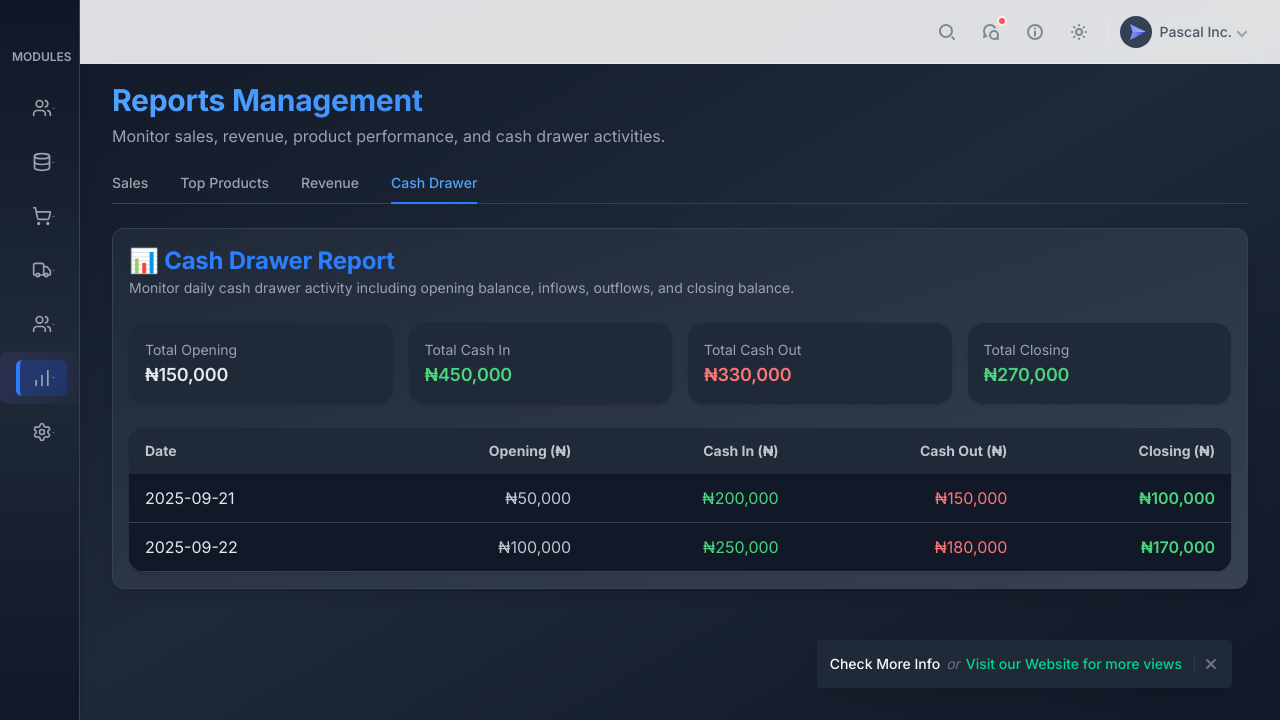
Repository: chykesure/grox-supermarket
Page: /reports/cash-drawer
The author's editor kept a copy of each file at every save. The page is drawn from the files as they stood at one save, then again after the next save.
The browser window is 1280 px wide. The pictures show the whole page.
The project was rebuilt for these pictures with package versions that can differ from the ones it lists, and the page was loaded fresh each time. Also part of the build but not shown: vite.config.js, src/components/DropdownFilter.jsx, src/lib/utils.ts, src/components/ui/calendar.jsx, src/components/ui/popover.jsx, src/components/Datepicker.jsx, src/charts/LineChart01.jsx, src/components/DropdownEditMenu.jsx and 50 more.

Above is the page before, as saved 2025-09-24 11:58:55.

### index.html
<!DOCTYPE html>
<html lang="en">
  <head>
    <meta charset="UTF-8" />
    <link rel="icon" type="image/svg+xml" href="/src/favicon.svg" />
    <meta name="viewport" content="width=device-width, initial-scale=1.0" />
    <title>Vite App</title>
    <script>
      if (localStorage.theme === 'dark' || !('theme' in localStorage)) {
        document.querySelector('html').classList.add('dark');
        document.querySelector('html').style.colorScheme = 'dark';
      } else {
        document.querySelector('html').classList.remove('dark');
        document.querySelector('html').style.colorScheme = 'light';
      }
    </script>
  </head>
  <body class="font-inter antialiased bg-gray-100 dark:bg-gray-900 text-gray-600 dark:text-gray-400">
    <noscript>You need to enable JavaScript to run this app.</noscript>
    <script>
        if (localStorage.getItem('sidebar-expanded') == 'true') {
            document.querySelector('body').classList.add('sidebar-expanded');
        } else {
            document.querySelector('body').classList.remove('sidebar-expanded');
        }
    </script>
    <div id="root"></div>
    <script type="module" src="/src/main.jsx"></script>
  </body>
</html>

### src/utils/ThemeContext.jsx
import { createContext, useContext, useState, useEffect } from 'react';

const ThemeContext = createContext({
  currentTheme: 'light',
  changeCurrentTheme: () => {},
});

export default function ThemeProvider({children}) {
  const persistedTheme = localStorage.getItem('theme');
  const [theme, setTheme] = useState(persistedTheme || 'light');

  const changeCurrentTheme = (newTheme) => {
    setTheme(newTheme);
    localStorage.setItem('theme', newTheme);
  };

  useEffect(() => {
    document.documentElement.classList.add('**:transition-none!');
    if (theme === 'light') {
      document.documentElement.classList.remove('dark');
      document.documentElement.style.colorScheme = 'light';
    } else {
      document.documentElement.classList.add('dark');
      document.documentElement.style.colorScheme = 'dark';
    }

    const transitionTimeout = setTimeout(() => {
      document.documentElement.classList.remove('**:transition-none!');
    }, 1);

    return () => clearTimeout(transitionTimeout);
  }, [theme]);

  return <ThemeContext.Provider value={{ currentTheme: theme, changeCurrentTheme }}>{children}</ThemeContext.Provider>;
}

export const useThemeProvider = () => useContext(ThemeContext);

### src/App.jsx
import React, { useEffect } from "react";
import { Routes, Route, useLocation, Navigate } from "react-router-dom";

import "./css/style.css";
import "./charts/ChartjsConfig";

// Import pages
import Dashboard from "./pages/pos/Dashboard";
import Menu from "./pages/Menu";
import LoginPage from "./pages/pos/Login";

// Users Management
import UsersMgt from "./pages/pos/users/UsersMgt";

// Products Management
import ProductsMgt from "./pages/pos/products/ProductsMgt";

// Sales Management
import SalesMgt from "./pages/pos/sales/SalesMgt";

// Inventory Management
import InventoryMgt from "./pages/pos/inventory/InventoryMgt";

// Customers Management
import CustomersMgt from "./pages/pos/customers/CustomersMgt";

// Reports Management
import ReportMgt from "./pages/pos/reports/ReportMgt";

function App() {
  const location = useLocation();

  useEffect(() => {
    document.querySelector("html").style.scrollBehavior = "auto";
    window.scroll({ top: 0 });
    document.querySelector("html").style.scrollBehavior = "";
  }, [location.pathname]);

  return (
    <Routes>
      {/* Default route */}
      <Route exact path="/" element={<Menu />} />

      {/* Dashboard */}
      <Route path="/dashboard" element={<Dashboard />} />

      {/* POS login */}
      <Route path="/pos-login" element={<LoginPage />} />

      {/* Users Management */}
      <Route path="/users/:subpage" element={<UsersMgt />} />
      <Route path="/users" element={<Navigate to="/users/roles" replace />} />

      {/* Products Management */}
      <Route path="/products/:subpage" element={<ProductsMgt />} />
      <Route path="/products" element={<Navigate to="/products/add" replace />} />

      {/* Sales Management */}
      <Route path="/sales/:subpage" element={<SalesMgt />} />
      <Route path="/sales" element={<Navigate to="/sales/scan-items" replace />} />

      {/* Inventory Management */}
      <Route path="/inventory/:subpage" element={<InventoryMgt />} />
      <Route path="/inventory" element={<Navigate to="/inventory/stock" replace />} />

      {/* Customers Management */}
      <Route path="/customers/:subpage" element={<CustomersMgt />} />
      <Route path="/customers" element={<Navigate to="/customers/add" replace />} />

      {/* Reports Management */}
      <Route path="/reports/:subpage" element={<ReportMgt />} />
      <Route path="/reports" element={<Navigate to="/reports/sales" replace />} />

      {/* Fallback for unknown routes */}
      <Route
        path="*"
        element={<h1 className="text-center text-white mt-20">404 - Page Not Found</h1>}
      />
    </Routes>
  );
}

export default App;

### src/charts/ChartjsConfig.jsx
// Import Chart.js
import { Chart, Tooltip } from 'chart.js';
// Import Tailwind config
import { adjustColorOpacity, getCssVariable } from '../utils/Utils';

Chart.register(Tooltip);

// Define Chart.js default settings
Chart.defaults.font.family = '"Inter", sans-serif';
Chart.defaults.font.weight = 500;
Chart.defaults.plugins.tooltip.borderWidth = 1;
Chart.defaults.plugins.tooltip.displayColors = false;
Chart.defaults.plugins.tooltip.mode = 'nearest';
Chart.defaults.plugins.tooltip.intersect = false;
Chart.defaults.plugins.tooltip.position = 'nearest';
Chart.defaults.plugins.tooltip.caretSize = 0;
Chart.defaults.plugins.tooltip.caretPadding = 20;
Chart.defaults.plugins.tooltip.cornerRadius = 8;
Chart.defaults.plugins.tooltip.padding = 8;

// Function that generates a gradient for line charts
export const chartAreaGradient = (ctx, chartArea, colorStops) => {
  if (!ctx || !chartArea || !colorStops || colorStops.length === 0) {
    return 'transparent';
  }
  const gradient = ctx.createLinearGradient(0, chartArea.bottom, 0, chartArea.top);
  colorStops.forEach(({ stop, color }) => {
    gradient.addColorStop(stop, color);
  });
  return gradient;
};

export const chartColors = {
  textColor: {
    light: getCssVariable('--color-gray-400'),
    dark: getCssVariable('--color-gray-500'),
  },
  gridColor: {
    light: getCssVariable('--color-gray-100'),
    dark: adjustColorOpacity(getCssVariable('--color-gray-700'), 0.6),
  },
  backdropColor: {
    light: getCssVariable('--color-white'),
    dark: getCssVariable('--color-gray-800'),
  },
  tooltipTitleColor: {
    light: getCssVariable('--color-gray-800'),
    dark: getCssVariable('--color-gray-100'),
  },
  tooltipBodyColor : {
    light: getCssVariable('--color-gray-500'),
    dark: getCssVariable('--color-gray-400')
  },
  tooltipBgColor: {
    light: getCssVariable('--color-white'),
    dark: getCssVariable('--color-gray-700'),
  },
  tooltipBorderColor: {
    light: getCssVariable('--color-gray-200'),
    dark: getCssVariable('--color-gray-600'),
  },
};

### src/css/additional-styles/utility-patterns.css
/* Typography */
.h1 {
    @apply text-4xl font-extrabold tracking-tighter;
}

.h2 {
    @apply text-3xl font-extrabold tracking-tighter;
}

.h3 {
    @apply text-3xl font-extrabold;
}

.h4 {
    @apply text-2xl font-extrabold tracking-tight;
}

@media (width >= theme(--breakpoint-md)) {
    .h1 {
        @apply text-5xl;
    }

    .h2 {
        @apply text-4xl;
    }
}

/* Buttons */
.btn,
.btn-lg,
.btn-sm,
.btn-xs {
    @apply font-medium text-sm inline-flex items-center justify-center border border-transparent rounded-lg leading-5 shadow-xs transition;
}

.btn {
    @apply px-3 py-2;
}

.btn-lg {
    @apply px-4 py-3;
}

.btn-sm {
    @apply px-2 py-1;
}

.btn-xs {
    @apply px-2 py-0.5;
}

/* Forms */
input[type="search"]::-webkit-search-decoration,
input[type="search"]::-webkit-search-cancel-button,
input[type="search"]::-webkit-search-results-button,
input[type="search"]::-webkit-search-results-decoration {
  -webkit-appearance: none;
}

.form-input,
.form-textarea,
.form-multiselect,
.form-select,
.form-checkbox,
.form-radio {
    @apply bg-white dark:bg-gray-900/30 border focus:ring-0 focus:ring-offset-0 dark:disabled:bg-gray-700/30 dark:disabled:border-gray-700 dark:disabled:hover:border-gray-700;
}

.form-checkbox {
    @apply rounded-sm;
}

.form-input,
.form-textarea,
.form-multiselect,
.form-select {
    @apply text-sm text-gray-800 dark:text-gray-100 leading-5 py-2 px-3 border-gray-200 hover:border-gray-300 focus:border-gray-300 dark:border-gray-700/60 dark:hover:border-gray-600 dark:focus:border-gray-600 shadow-xs rounded-lg;
}

.form-input,
.form-textarea {
    @apply placeholder-gray-400 dark:placeholder-gray-500;
}

.form-select {
    @apply pr-10;
}

.form-checkbox,
.form-radio {
    @apply text-violet-500 checked:bg-violet-500 checked:border-transparent border border-gray-300 dark:border-gray-700/60 dark:checked:border-transparent focus-visible:ring-2 focus-visible:ring-violet-500/50;
}

/* Switch element */
.form-switch {
    @apply relative select-none;
    width: 44px;
}

.form-switch label {
    @apply block overflow-hidden cursor-pointer h-6 rounded-full;
}

.form-switch label > span:first-child {
    @apply absolute block rounded-full;
    width: 20px;
    height: 20px;
    top: 2px;
    left: 2px;
    right: 50%;
    transition: all .15s ease-out;
}

.form-switch input[type="checkbox"] + label {
  @apply bg-gray-400 dark:bg-gray-700;
}

.form-switch input[type="checkbox"]:checked + label {
  @apply bg-violet-500;
}

.form-switch input[type="checkbox"]:checked + label > span:first-child {
    left: 22px;
}

.form-switch input[type="checkbox"]:disabled + label {
    @apply cursor-not-allowed bg-gray-100 dark:bg-gray-700/20 border border-gray-200 dark:border-gray-700/60;
}

.form-switch input[type="checkbox"]:disabled + label > span:first-child {
    @apply bg-gray-400 dark:bg-gray-600;
}

/* Chrome, Safari and Opera */
.no-scrollbar::-webkit-scrollbar {
  display: none;
}

.no-scrollbar {
  -ms-overflow-style: none;  /* IE and Edge */
  scrollbar-width: none;  /* Firefox */
}

### src/partials/Banner.jsx
import React, { useState } from 'react';

function Banner() {

  const [bannerOpen, setBannerOpen] = useState(true);
  const query = new URLSearchParams(location.search);
  const template = query.get('template');
  const liteLink =
    template === 'laravel'
      ? 'https://github.com/cruip/laravel-tailwindcss-admin-dashboard-template'
      : 'https://github.com/cruip/tailwind-dashboard-template';

  return (
    <>
    { bannerOpen && (
      <div className="fixed bottom-0 right-0 w-full md:bottom-8 md:right-12 md:w-auto z-50">
        <div className="bg-gray-800 border border-transparent dark:border-gray-700/60 text-gray-50 text-sm p-3 md:rounded-sm shadow-lg flex justify-between">
          <div className='text-gray-500 inline-flex'><a className="font-medium hover:underline text-gray-50" href={liteLink} target="_blank" rel="noreferrer">Check<span className="hidden sm:inline"> More Info</span></a> <span className="italic px-1.5">or</span> <a className="font-medium hover:underline text-emerald-400" href="#" target="_blank" rel="noreferrer">Visit our Website for more views</a></div>
          <button className="text-gray-500 hover:text-gray-400 pl-2 ml-3 border-l border-gray-700/60" onClick={() => setBannerOpen(false) }>
            <span className="sr-only">Close</span>
            <svg className="w-4 h-4 shrink-0 fill-current" viewBox="0 0 16 16">
              <path d="M12.72 3.293a1 1 0 00-1.415 0L8.012 6.586 4.72 3.293a1 1 0 00-1.414 1.414L6.598 8l-3.293 3.293a1 1 0 101.414 1.414l3.293-3.293 3.293 3.293a1 1 0 001.414-1.414L9.426 8l3.293-3.293a1 1 0 000-1.414z" />
            </svg>
          </button>
        </div>
      </div>
    )}
    </>
  );
}

export default Banner;

### src/pages/pos/reports/CashDrawerReport.jsx
// src/pages/reports/CashDrawerReport.jsx
import React from "react";

function CashDrawerReport() {
  const drawerData = [
    {
      id: 1,
      date: "2025-09-21",
      opening: 50000,
      cashIn: 200000,
      cashOut: 150000,
      closing: 100000,
    },
    {
      id: 2,
      date: "2025-09-22",
      opening: 100000,
      cashIn: 250000,
      cashOut: 180000,
      closing: 170000,
    },
  ];

  // ✅ Totals for summary
  const totals = drawerData.reduce(
    (acc, row) => {
      acc.opening += row.opening;
      acc.cashIn += row.cashIn;
      acc.cashOut += row.cashOut;
      acc.closing += row.closing;
      return acc;
    },
    { opening: 0, cashIn: 0, cashOut: 0, closing: 0 }
  );

  return (
    <div className="space-y-6">
      {/* Header */}
      <div>
        <h2 className="text-2xl font-bold text-blue-500">📊 Cash Drawer Report</h2>
        <p className="text-gray-400 text-sm">
          Monitor daily cash drawer activity including opening balance, inflows, outflows, and closing balance.
        </p>
      </div>

      {/* Summary Cards */}
      <div className="grid grid-cols-2 md:grid-cols-4 gap-4">
        <div className="bg-gray-800 p-4 rounded-2xl shadow">
          <p className="text-gray-400 text-sm">Total Opening</p>
          <p className="text-lg font-semibold text-gray-200">₦{totals.opening.toLocaleString()}</p>
        </div>
        <div className="bg-gray-800 p-4 rounded-2xl shadow">
          <p className="text-gray-400 text-sm">Total Cash In</p>
          <p className="text-lg font-semibold text-green-400">₦{totals.cashIn.toLocaleString()}</p>
        </div>
        <div className="bg-gray-800 p-4 rounded-2xl shadow">
          <p className="text-gray-400 text-sm">Total Cash Out</p>
          <p className="text-lg font-semibold text-red-400">₦{totals.cashOut.toLocaleString()}</p>
        </div>
        <div className="bg-gray-800 p-4 rounded-2xl shadow">
          <p className="text-gray-400 text-sm">Total Closing</p>
          <p
            className={`text-lg font-semibold ${
              totals.closing >= 0 ? "text-green-400" : "text-red-400"
            }`}
          >
            ₦{totals.closing.toLocaleString()}
          </p>
        </div>
      </div>

      {/* Table */}
      <div className="bg-gray-900 rounded-2xl shadow overflow-hidden">
        <table className="w-full border-collapse">
          <thead>
            <tr className="bg-gray-800 text-gray-300 text-sm">
              <th className="px-4 py-3 text-left">Date</th>
              <th className="px-4 py-3 text-right">Opening (₦)</th>
              <th className="px-4 py-3 text-right">Cash In (₦)</th>
              <th className="px-4 py-3 text-right">Cash Out (₦)</th>
              <th className="px-4 py-3 text-right">Closing (₦)</th>
            </tr>
          </thead>
          <tbody>
            {drawerData.map((row) => (
              <tr
                key={row.id}
                className="border-b border-gray-700 hover:bg-gray-800/60 transition"
              >
                <td className="px-4 py-3 text-gray-200">{row.date}</td>
                <td className="px-4 py-3 text-right text-gray-300">
                  ₦{row.opening.toLocaleString()}
                </td>
                <td className="px-4 py-3 text-right text-green-400">
                  ₦{row.cashIn.toLocaleString()}
                </td>
                <td className="px-4 py-3 text-right text-red-400">
                  ₦{row.cashOut.toLocaleString()}
                </td>
                <td
                  className={`px-4 py-3 text-right font-semibold ${
                    row.closing >= 0 ? "text-green-400" : "text-red-400"
                  }`}
                >
                  ₦{row.closing.toLocaleString()}
                </td>
              </tr>
            ))}
            {drawerData.length === 0 && (
              <tr>
                <td colSpan="5" className="text-center py-6 text-gray-400">
                  No cash drawer records available.
                </td>
              </tr>
            )}
          </tbody>
        </table>
      </div>
    </div>
  );
}

export default CashDrawerReport;

### src/partials/SidebarLinkGroup.jsx
import React, { useState } from 'react';

function SidebarLinkGroup({
  children,
  activecondition,
}) {

  const [open, setOpen] = useState(activecondition);

  const handleClick = () => {
    setOpen(!open);
  }

  return (
    <li className={`pl-4 pr-3 py-2 rounded-lg mb-0.5 last:mb-0 bg-linear-to-r ${activecondition && 'from-violet-500/[0.12] dark:from-violet-500/[0.24] to-violet-500/[0.04]'}`}>
      {children(handleClick, open)}
    </li>
  );
}

export default SidebarLinkGroup;

### src/components/ThemeToggle.jsx
import React from "react";
import { useThemeProvider } from "../utils/ThemeContext";

export default function ThemeToggle() {
  const { currentTheme, changeCurrentTheme } = useThemeProvider();

  return (
    <div>
      <input
        type="checkbox"
        name="light-switch"
        id="light-switch"
        className="light-switch sr-only"
        checked={currentTheme === "light"}
        onChange={() => changeCurrentTheme(currentTheme === "light" ? "dark" : "light")}
      />
      <label
        className="flex items-center justify-center cursor-pointer w-8 h-8 hover:bg-gray-100 lg:hover:bg-gray-200 dark:hover:bg-gray-700/50 dark:lg:hover:bg-gray-800 rounded-full"
        htmlFor="light-switch"
      >
        <svg
          className="dark:hidden fill-current text-gray-500/80 dark:text-gray-400/80"
          width={16}
          height={16}
          viewBox="0 0 16 16"
          xmlns="http://www.w3.org/2000/svg"
        >
          <path d="M8 0a1 1 0 0 1 1 1v.5a1 1 0 1 1-2 0V1a1 1 0 0 1 1-1Z" />
          <path d="M12 8a4 4 0 1 1-8 0 4 4 0 0 1 8 0Zm-4 2a2 2 0 1 0 0-4 2 2 0 0 0 0 4Z" />
          <path d="M13.657 3.757a1 1 0 0 0-1.414-1.414l-.354.354a1 1 0 0 0 1.414 1.414l.354-.354ZM13.5 8a1 1 0 0 1 1-1h.5a1 1 0 1 1 0 2h-.5a1 1 0 0 1-1-1ZM13.303 11.889a1 1 0 0 0-1.414 1.414l.354.354a1 1 0 0 0 1.414-1.414l-.354-.354ZM8 13.5a1 1 0 0 1 1 1v.5a1 1 0 1 1-2 0v-.5a1 1 0 0 1 1-1ZM4.111 13.303a1 1 0 1 0-1.414-1.414l-.354.354a1 1 0 1 0 1.414 1.414l.354-.354ZM0 8a1 1 0 0 1 1-1h.5a1 1 0 0 1 0 2H1a1 1 0 0 1-1-1ZM3.757 2.343a1 1 0 1 0-1.414 1.414l.354.354A1 1 0 1 0 4.11 2.697l-.354-.354Z" />
        </svg>
        <svg
          className="hidden dark:block fill-current text-gray-500/80 dark:text-gray-400/80"
          width={16}
          height={16}
          viewBox="0 0 16 16"
          xmlns="http://www.w3.org/2000/svg"
        >
          <path d="M11.875 4.375a.625.625 0 1 0 1.25 0c.001-.69.56-1.249 1.25-1.25a.625.625 0 1 0 0-1.25 1.252 1.252 0 0 1-1.25-1.25.625.625 0 1 0-1.25 0 1.252 1.252 0 0 1-1.25 1.25.625.625 0 1 0 0 1.25c.69.001 1.249.56 1.25 1.25Z" />
          <path d="M7.019 1.985a1.55 1.55 0 0 0-.483-1.36 1.44 1.44 0 0 0-1.53-.277C2.056 1.553 0 4.5 0 7.9 0 12.352 3.648 16 8.1 16c3.407 0 6.246-2.058 7.51-4.963a1.446 1.446 0 0 0-.25-1.55 1.554 1.554 0 0 0-1.372-.502c-4.01.552-7.539-2.987-6.97-7ZM2 7.9C2 5.64 3.193 3.664 4.961 2.6 4.82 7.245 8.72 11.158 13.36 11.04 12.265 12.822 10.341 14 8.1 14 4.752 14 2 11.248 2 7.9Z" />
        </svg>
        <span className="sr-only">Switch to light / dark version</span>
      </label>
    </div>
  );
}

Loaded but not shown: src/main.jsx (common file); src/utils/Utils.js (63 lines, source omitted); src/components/ModalSearch.jsx (260 lines, source omitted); src/partials/Sidebar.jsx (298 lines, source omitted); src/components/DropdownNotifications.jsx (112 lines, source omitted); src/components/DropdownHelp.jsx (121 lines, source omitted); src/css/style.css (138 lines, source omitted); src/components/DropdownProfile.jsx (100 lines, source omitted); src/partials/Header.jsx (79 lines, source omitted); src/pages/pos/reports/ReportMgt.jsx (107 lines, source omitted); src/utils/Transition.jsx (116 lines, source omitted)

After the next save:
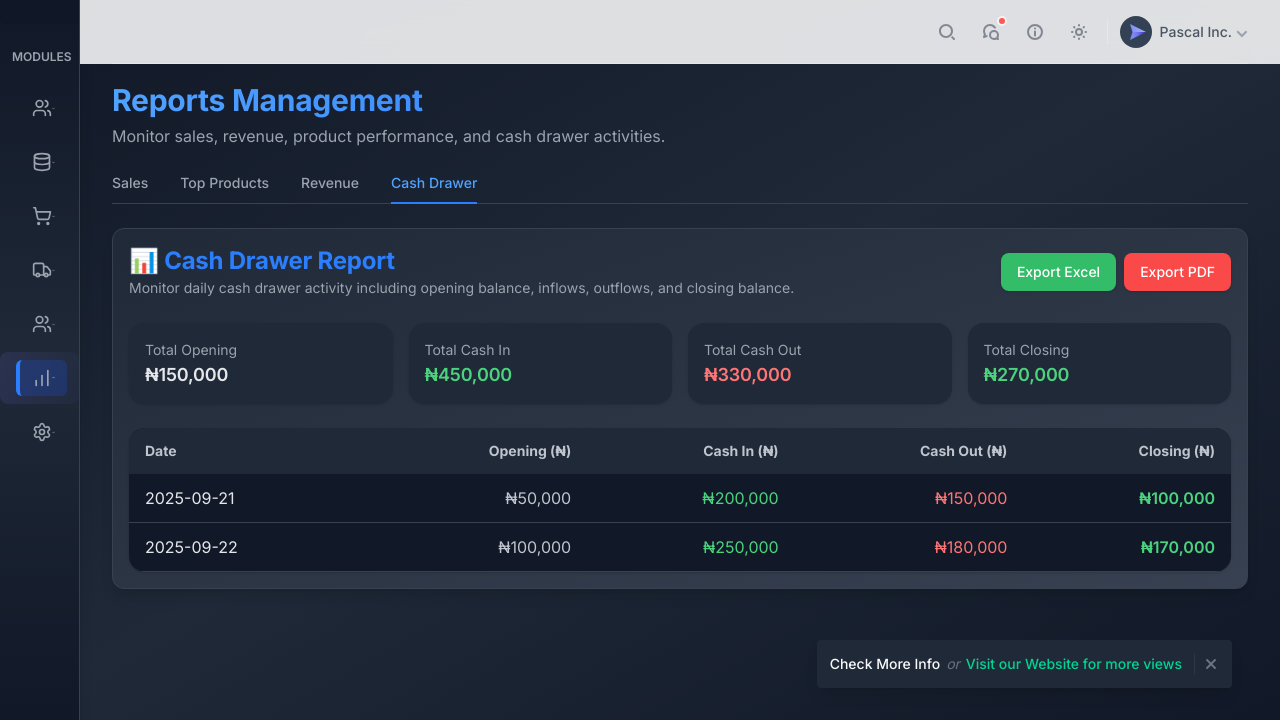
Saved 45 s later.
--- a/src/pages/pos/reports/CashDrawerReport.jsx
+++ b/src/pages/pos/reports/CashDrawerReport.jsx
@@ -1,5 +1,8 @@
 // src/pages/reports/CashDrawerReport.jsx
 import React from "react";
+import * as XLSX from "xlsx";
+import jsPDF from "jspdf";
+import "jspdf-autotable";
 
 function CashDrawerReport() {
   const drawerData = [
@@ -33,14 +36,67 @@ function CashDrawerReport() {
     { opening: 0, cashIn: 0, cashOut: 0, closing: 0 }
   );
 
+  // ✅ Export to Excel
+  const exportToExcel = () => {
+    const worksheet = XLSX.utils.json_to_sheet(
+      drawerData.map((row) => ({
+        Date: row.date,
+        "Opening (₦)": row.opening,
+        "Cash In (₦)": row.cashIn,
+        "Cash Out (₦)": row.cashOut,
+        "Closing (₦)": row.closing,
+      }))
+    );
+    const workbook = XLSX.utils.book_new();
+    XLSX.utils.book_append_sheet(workbook, worksheet, "Cash Drawer Report");
+    XLSX.writeFile(workbook, "cash_drawer_report.xlsx");
+  };
+
+  // ✅ Export to PDF
+  const exportToPDF = () => {
+    const doc = new jsPDF();
+    doc.text("Cash Drawer Report", 14, 15);
+
+    doc.autoTable({
+      startY: 20,
+      head: [["Date", "Opening (₦)", "Cash In (₦)", "Cash Out (₦)", "Closing (₦)"]],
+      body: drawerData.map((row) => [
+        row.date,
+        row.opening.toLocaleString(),
+        row.cashIn.toLocaleString(),
+        row.cashOut.toLocaleString(),
+        row.closing.toLocaleString(),
+      ]),
+    });
+
+    doc.save("cash_drawer_report.pdf");
+  };
+
   return (
     <div className="space-y-6">
       {/* Header */}
-      <div>
-        <h2 className="text-2xl font-bold text-blue-500">📊 Cash Drawer Report</h2>
-        <p className="text-gray-400 text-sm">
-          Monitor daily cash drawer activity including opening balance, inflows, outflows, and closing balance.
-        </p>
+      <div className="flex flex-col md:flex-row md:items-center md:justify-between gap-3">
+        <div>
+          <h2 className="text-2xl font-bold text-blue-500">📊 Cash Drawer Report</h2>
+          <p className="text-gray-400 text-sm">
+            Monitor daily cash drawer activity including opening balance, inflows, outflows, and closing balance.
+          </p>
+        </div>
+        {/* Export Buttons */}
+        <div className="flex gap-2">
+          <button
+            onClick={exportToExcel}
+            className="px-4 py-2 rounded-lg bg-green-600 hover:bg-green-700 text-white text-sm font-medium shadow"
+          >
+            Export Excel
+          </button>
+          <button
+            onClick={exportToPDF}
+            className="px-4 py-2 rounded-lg bg-red-600 hover:bg-red-700 text-white text-sm font-medium shadow"
+          >
+            Export PDF
+          </button>
+        </div>
       </div>
 
       {/* Summary Cards */}
